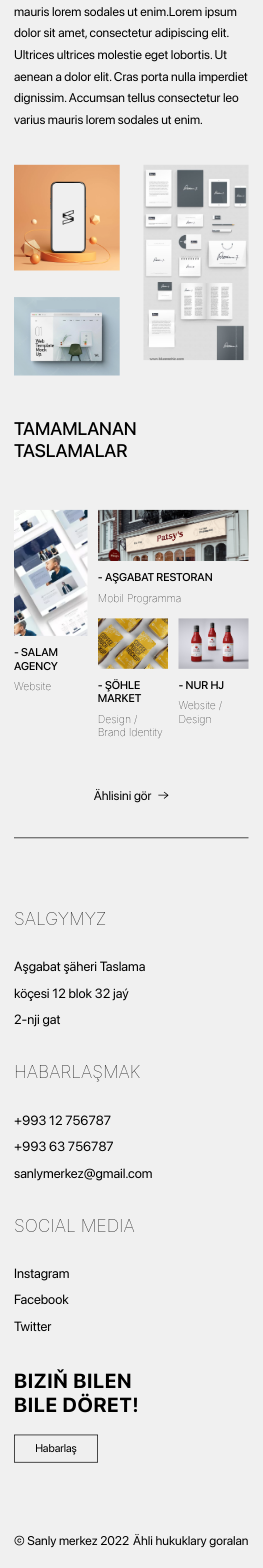
Repository: Meylis7/Sanly-Merkez-Web
Page: main.html
The author's editor kept a copy of each file at every save. The page is drawn from the files as they stood at one save, then again after the next save.
The browser window is 375 px wide. The pictures show the part of the page from y = 2189 to 4429 px (the page is 4429 px tall before and 4411 px after), at 70% of full size.
Some web fonts or font styles are not loaded; a fallback is used.

Above is the page before, as saved 2022-05-16 19:05:53.

After the next save:
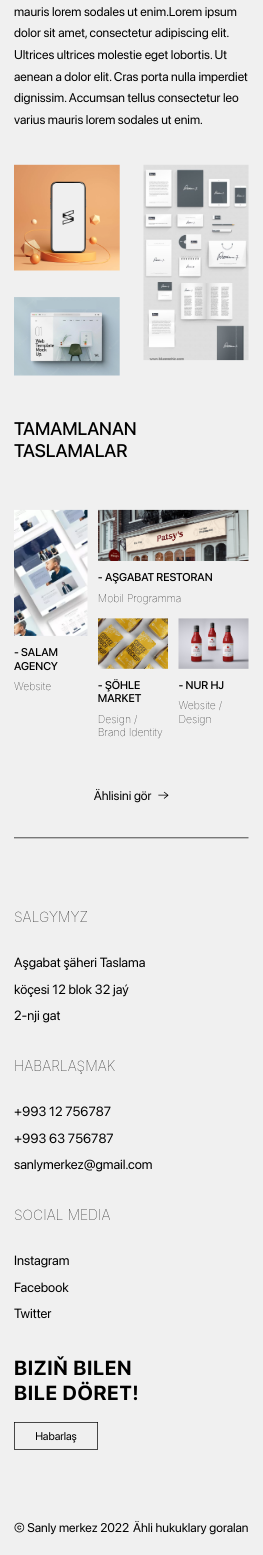
Saved 24 s later.
--- a/css/main.css
+++ b/css/main.css
@@ -800,4 +800,7 @@ header .btn{
   .tabs__name{
     font-size: 18px;
   }
-}
+  .footer-links h1{
+    font-size: 20px;
+  }
+}
